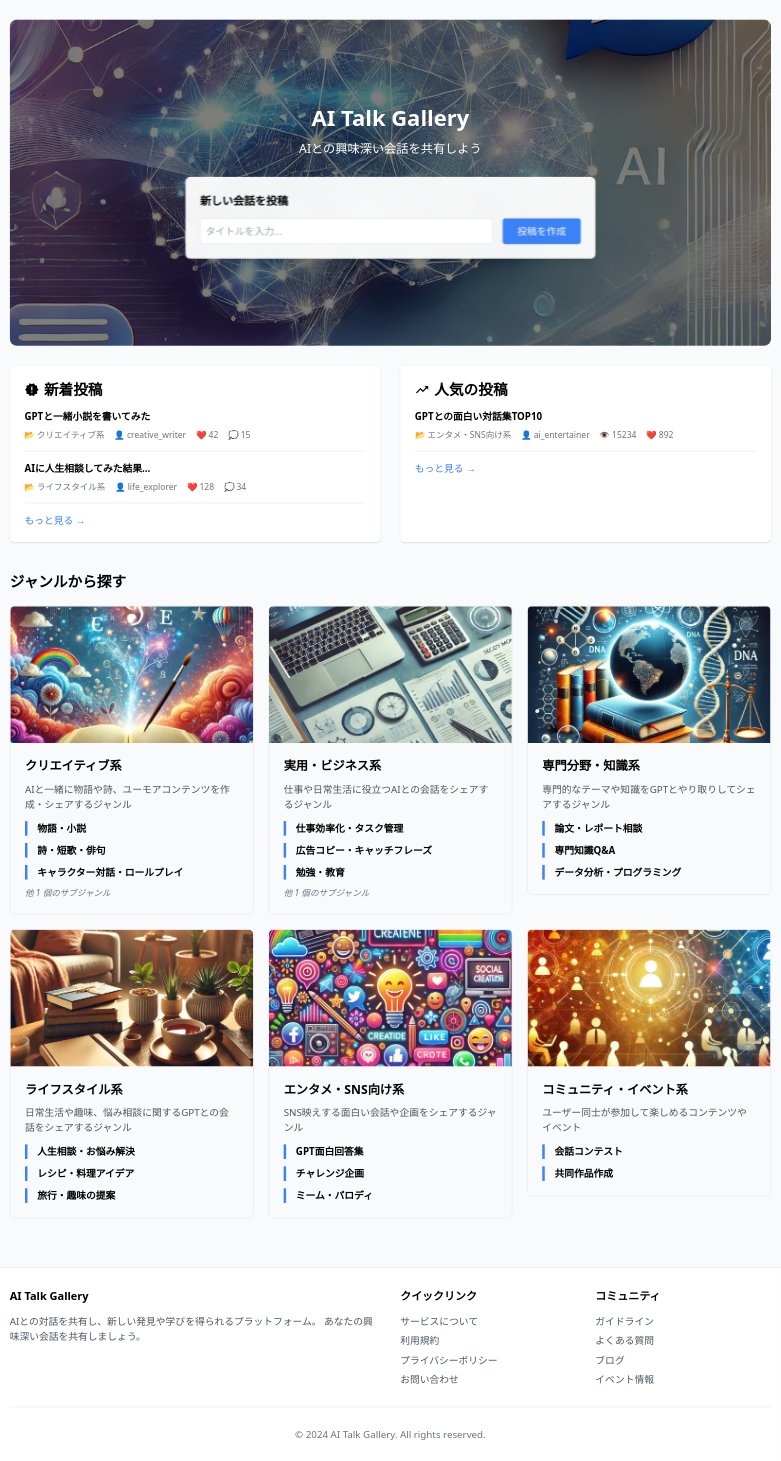
Repository: hayakawa1/ai-talk-gallery
Page: /
The author's editor kept a copy of each file at every save. The page is drawn from the files as they stood at one save, then again after the next save.
The browser window is 1280 px wide. The pictures show the whole page, at 61% of full size.
The project was rebuilt for these pictures with package versions that can differ from the ones it lists, and the page was loaded fresh each time. The framework's server and built-in components were replaced by stand-ins that run in the browser. Also part of the build but not shown: next.config.js.

Above is the page before, as saved 2024-12-19 20:57:39.

After the next save:
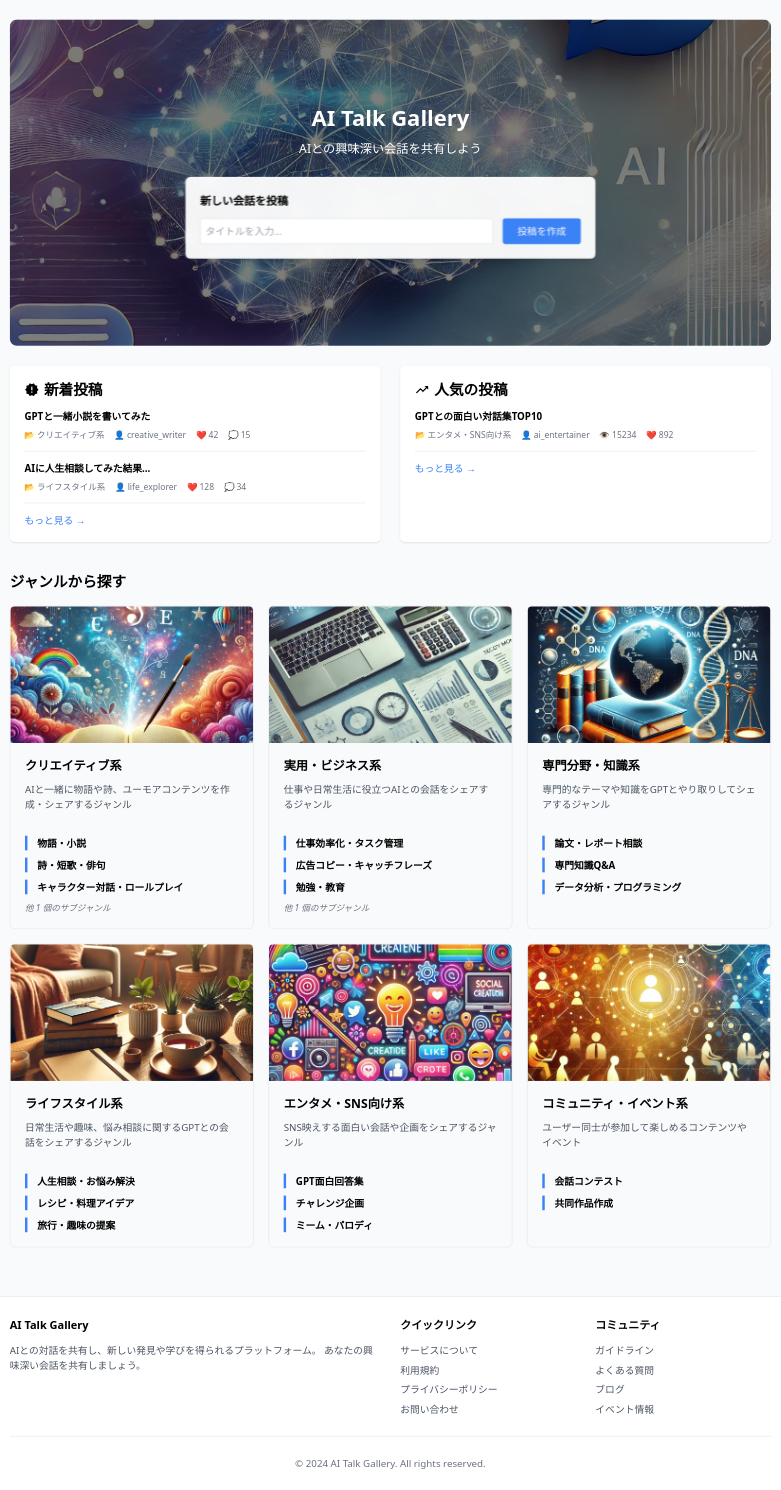
Saved 37 s later.
--- a/src/app/page.tsx
+++ b/src/app/page.tsx
@@ -146,8 +146,8 @@
       <h2 className="text-2xl font-bold mb-6">ジャンルから探す</h2>
       <div className="grid grid-cols-1 md:grid-cols-2 lg:grid-cols-3 gap-6">
         {genres.map((genre) => (
-          <Link href={`/genres/${encodeURIComponent(genre.name)}`} key={genre.name} className="block">
-            <div className="border rounded-lg overflow-hidden hover:shadow-xl transition">
+          <div key={genre.name} className="border rounded-lg overflow-hidden hover:shadow-xl transition">
+            <Link href={`/genres/${encodeURIComponent(genre.name)}`} className="block">
               {/* ジャンル画像 */}
               <div className="relative aspect-video">
                 <Image
@@ -162,30 +162,31 @@
               <div className="p-6">
                 <h2 className="text-xl font-bold mb-3">{genre.name}</h2>
                 <p className="text-gray-600 mb-4">{genre.description}</p>
+              </div>
+            </Link>
 
-                <div className="space-y-3">
-                  {genre.subgenres.slice(0, 3).map((subgenre) => (
+            <div className="px-6 pb-6">
+              <div className="space-y-3">
+                {genre.subgenres.slice(0, 3).map((subgenre) => (
+                  <div key={subgenre.name} className="border-l-4 border-blue-500 pl-4">
                     <Link
                       href={`/genres/${encodeURIComponent(genre.name)}/${encodeURIComponent(subgenre.name)}`}
-                      key={subgenre.name}
                       className="block"
                     >
-                      <div className="border-l-4 border-blue-500 pl-4">
-                        <h3 className="font-semibold hover:text-blue-500">
-                          {subgenre.name}
-                        </h3>
-                      </div>
+                      <h3 className="font-semibold hover:text-blue-500">
+                        {subgenre.name}
+                      </h3>
                     </Link>
-                  ))}
-                  {genre.subgenres.length > 3 && (
-                    <p className="text-sm text-gray-500 italic">
-                      他 {genre.subgenres.length - 3} 個のサブジャンル
-                    </p>
-                  )}
-                </div>
+                  </div>
+                ))}
+                {genre.subgenres.length > 3 && (
+                  <p className="text-sm text-gray-500 italic">
+                    他 {genre.subgenres.length - 3} 個のサブジャンル
+                  </p>
+                )}
               </div>
             </div>
-          </Link>
+          </div>
         ))}
       </div>
     </div>
